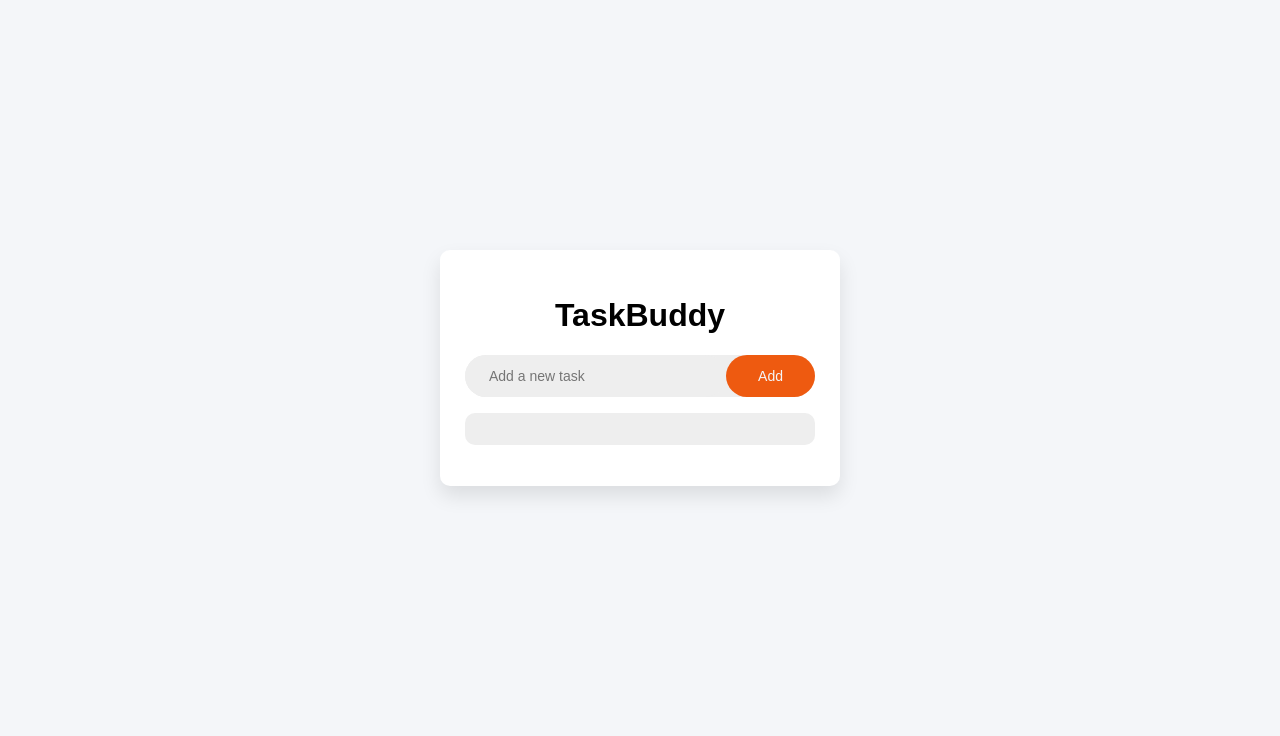
Repository: yogeshnandwani/taskbuddy-todo
Page: index.html
These files come from the project's save history. The page is drawn as it stood at one moment and after the next save; the edit follows.
The browser window is 1280 px wide. The pictures show the whole page.

Above is the page before, as saved 2026-03-16 18:09:29.

### index.html
<!DOCTYPE html>
<html lang="en">
<head>
<meta charset="UTF-8">
<title>TaskBuddy</title>
<link rel="stylesheet" href="css/style.css">
</head>

<body>

<div class="app">

<h1>TaskBuddy</h1>

<div class="task-input">
<input type="text" id="taskInput" placeholder="Add a new task">
<button id="addBtn">Add</button>
</div>

<ul id="taskList"></ul>

</div>

<script src="js/script.js"></script>

</body>
</html>

### css/style.css
body{
    font-family: Arial, sans-serif;
    background:#f4f6f9;
    display:flex;
    justify-content:center;
    align-items:center;
    height:100vh;
}

.app{
    background:white;
    padding:25px;
    border-radius:10px;
    width:350px;
    box-shadow:0 10px 20px rgba(0,0,0,0.1);
}

h1{
    text-align:center;
}

.task-input{
    display:flex;
    border-radius: 50px;
    background-color: #eee;
}

input{
    flex:1;
    padding:8px;
    border: none;
    border-radius: 50px;
    padding: 0.8rem 1.5rem;
    background-color: #eee;
    font-size: 14px;
}

input:focus{
    outline: none;
}

#addBtn{
    padding:0.8rem 2rem;
    border: none;
    border-radius: 50px;
    background-color: #ee5a10;
    color: #f4f6f9;
    cursor:pointer;
    font-size: 14px;
}

ul{
    background-color: #eee;
    border-radius: 10px;
    display: flex;
    padding: 1rem;
    gap: 10px;
    flex-direction: column;
    justify-content: center;
    align-items: center;
}

li{
    background:#fff;
    display: flex;
    align-items: center;
    padding: 10px;
    justify-content: space-between;
    border: 1px solid #0000001f;
    border-radius: 50px;
    width: 100%;
    display:flex;
    justify-content:space-between;
}

li .delete{
    width: 2rem;
    height: 2rem;
    border: none;
    border-radius: 1rem;
    background-color: #e33e2f;
}

### js/script.js
const input = document.getElementById("taskInput")
const addBtn = document.getElementById("addBtn")
const list = document.getElementById("taskList")

addBtn.addEventListener("click", addTask)

function addTask(){
    const taskText = input.value.trim()

    if(taskText === "") return

    const li = document.createElement("li")

    li.innerHTML = `
    <span>${taskText}</span>
    <button class="delete">X</button>
    `

    list.appendChild(li)

    input.value=""
}

After the next save:
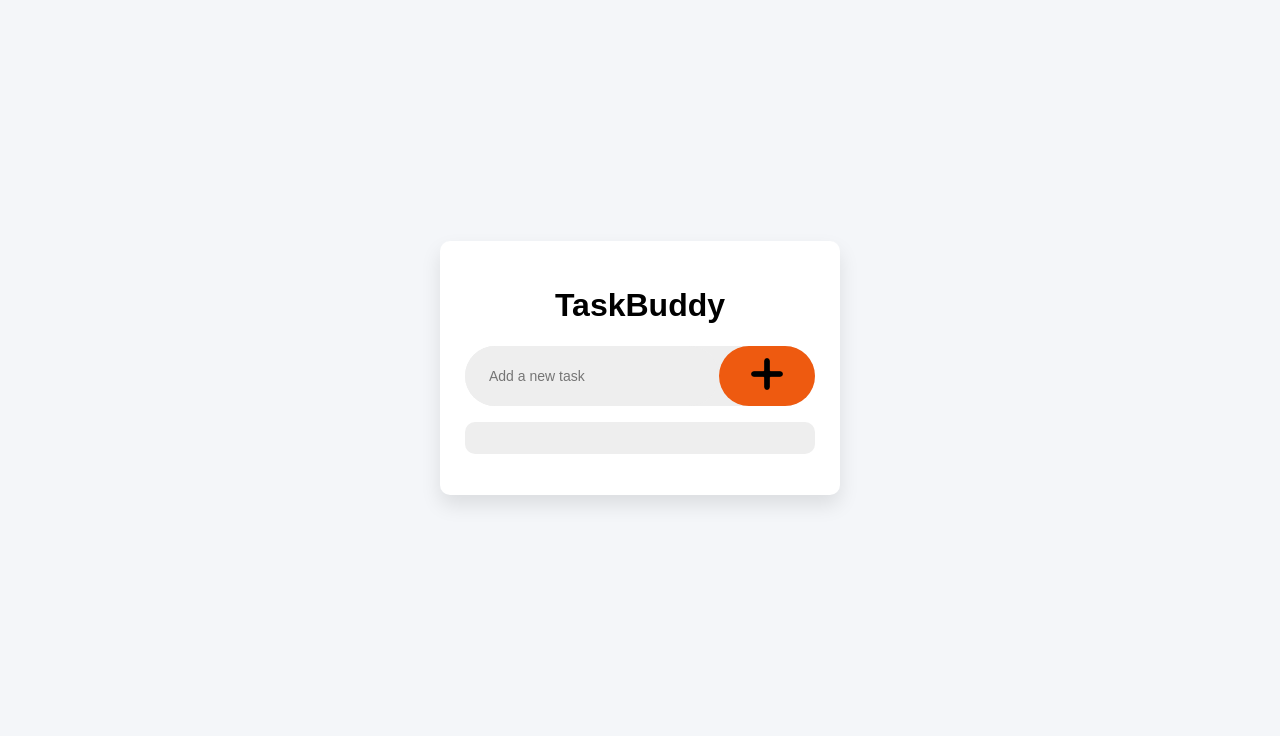
Saved 2 min 45 s later.
--- a/index.html
+++ b/index.html
@@ -14,7 +14,7 @@
 
 <div class="task-input">
 <input type="text" id="taskInput" placeholder="Add a new task">
-<button id="addBtn">Add</button>
+<button id="addBtn"><img src="images/add.png" alt="Add icon for new task"></button>
 </div>
 
 <ul id="taskList"></ul>

After the save that followed:
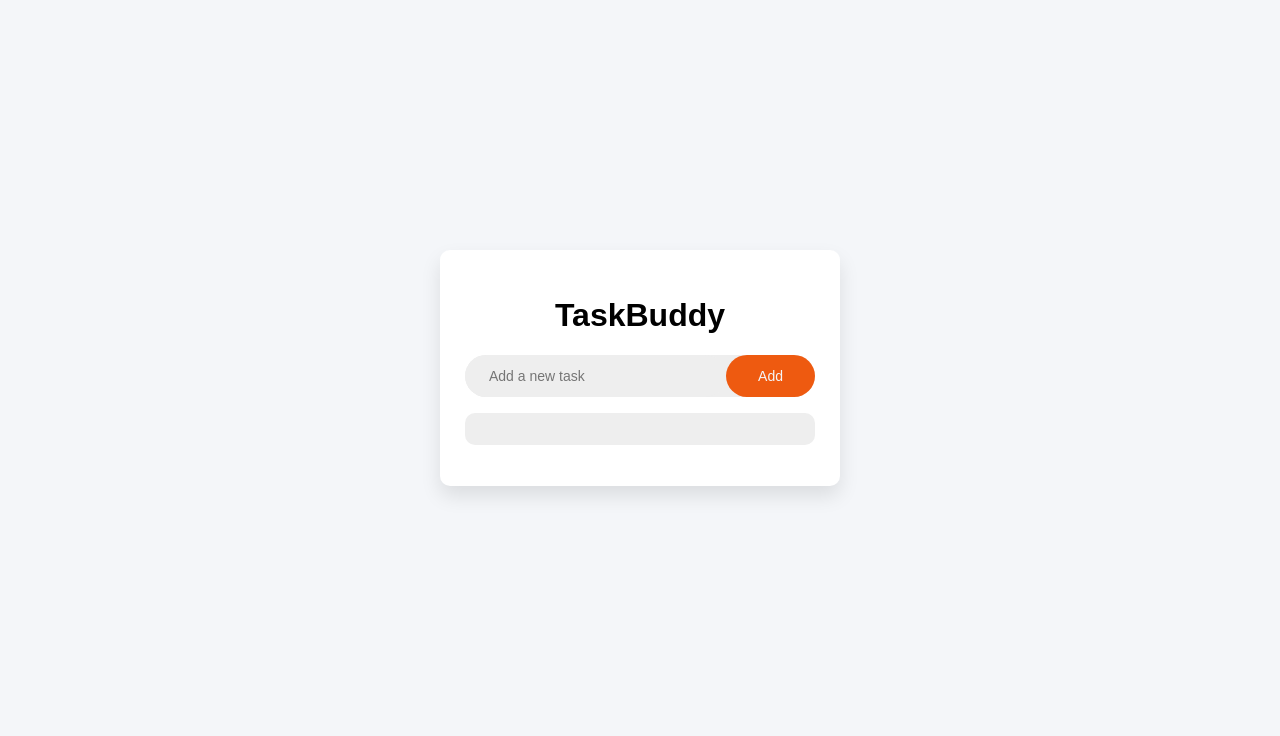
Saved 13 s later.
--- a/index.html
+++ b/index.html
@@ -14,7 +14,7 @@
 
 <div class="task-input">
 <input type="text" id="taskInput" placeholder="Add a new task">
-<button id="addBtn"><img src="images/add.png" alt="Add icon for new task"></button>
+<button id="addBtn">Add</button>
 </div>
 
 <ul id="taskList"></ul>
